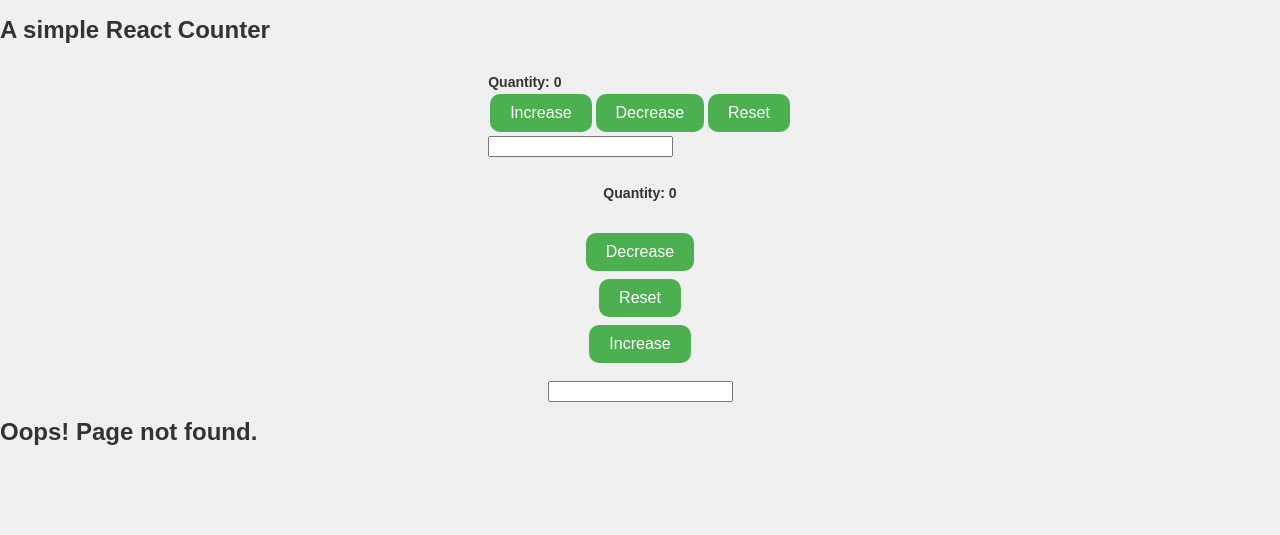
Repository: qudos4real/altschool-second-sem
Page: /
An editor plug-in stored every save of this project. The page is shown before and after the next save, followed by the edit.
The browser window is 1280 px wide. The pictures show the whole page.
The project was rebuilt for these pictures with package versions that can differ from the ones it lists, and the page was loaded fresh each time. Also part of the build but not shown: src/App.css, src/Components/ErrorBoundary.js.

Above is the page before, as saved 2022-11-04 13:16:08.

After the next save:
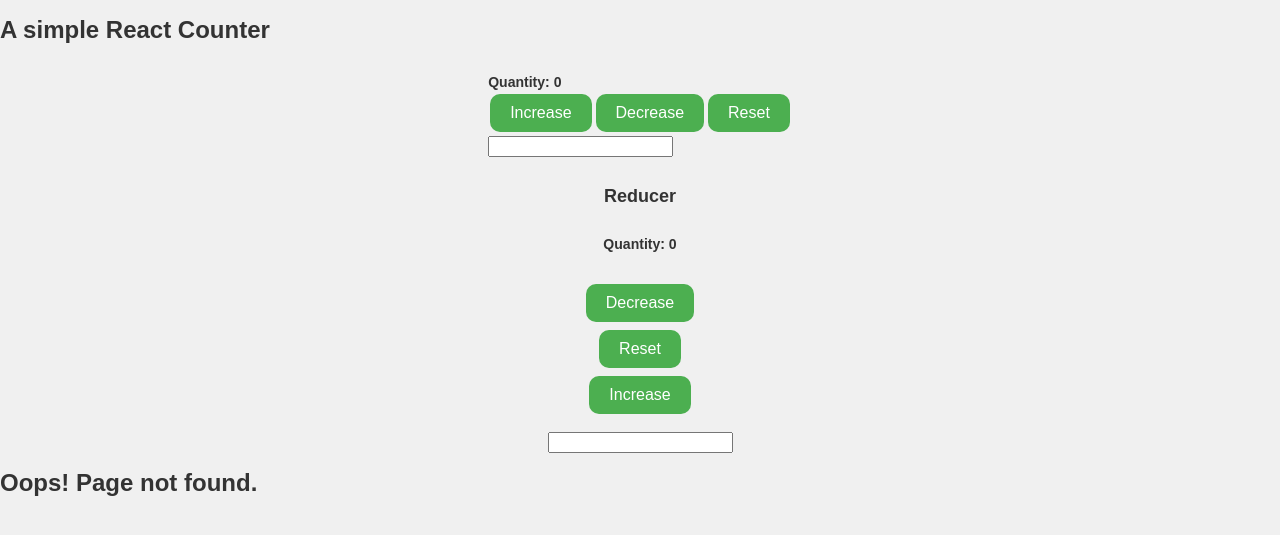
Saved 42 s later.
--- a/src/Components/Reducer.js
+++ b/src/Components/Reducer.js
@@ -7,6 +7,7 @@ function Reducer() {
   const [state, dispatch] = useReducer(reducer, { count: 0 });
   return (
     <div className="container">
+      <h2>Reducer</h2>
       <h3> Quantity: {state.count}</h3>
       <br />
       <button className="btn " onClick={() => dispatch({ type: "decrement" })}>Decrease</button>
